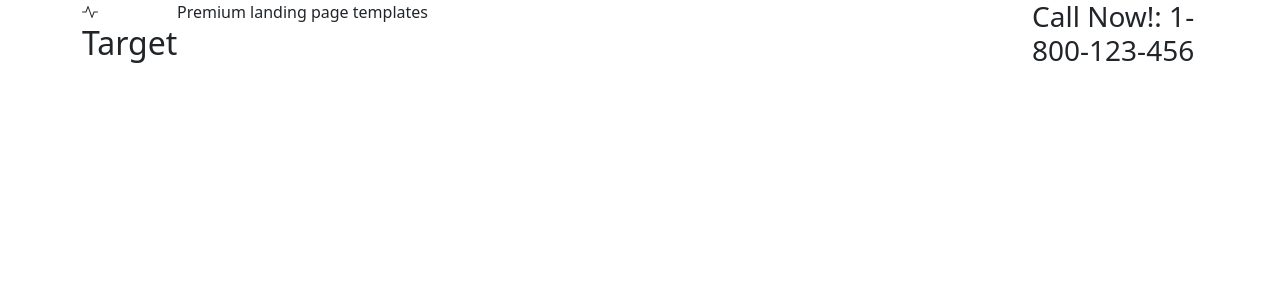
Repository: lyvandat/dh---bootstrap1
Page: index.html
An editor plug-in stored every save of this project. The page is shown before and after the next save, followed by the edit.
The browser window is 1280 px wide. The pictures show the whole page.
Some web libraries are served in a nearby version.

Above is the page before, as saved 2022-10-27 15:03:35.

After the next save:
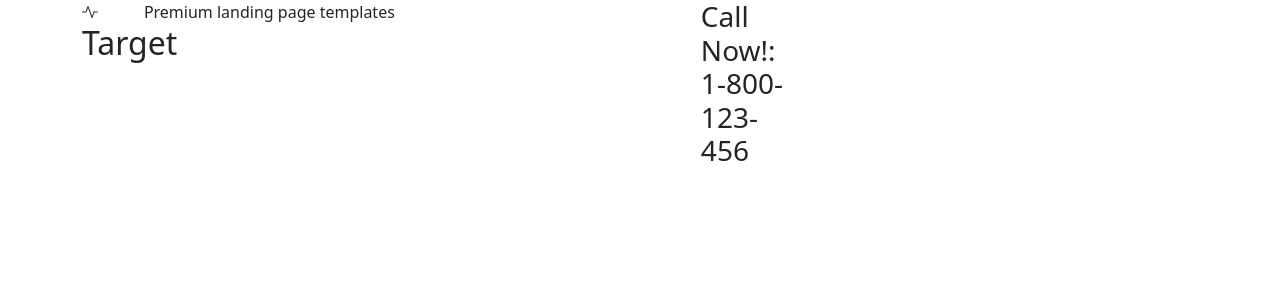
Saved 112 s later.
--- a/index.html
+++ b/index.html
@@ -19,7 +19,7 @@
     <title>Hello, world!</title>
   </head>
   <body>
-    <div class="container header">
+    <div class="container header d-flex">
       <div class="row">
         <div class="col-1">
           <i class="bi bi-activity"></i>

After the save that followed:
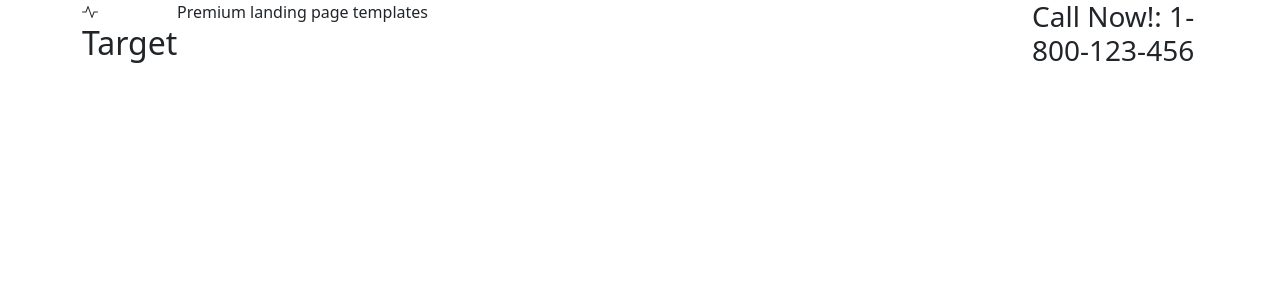
Saved 68 s later.
--- a/index.html
+++ b/index.html
@@ -19,7 +19,7 @@
     <title>Hello, world!</title>
   </head>
   <body>
-    <div class="container header d-flex">
+    <div class="container header">
       <div class="row">
         <div class="col-1">
           <i class="bi bi-activity"></i>
